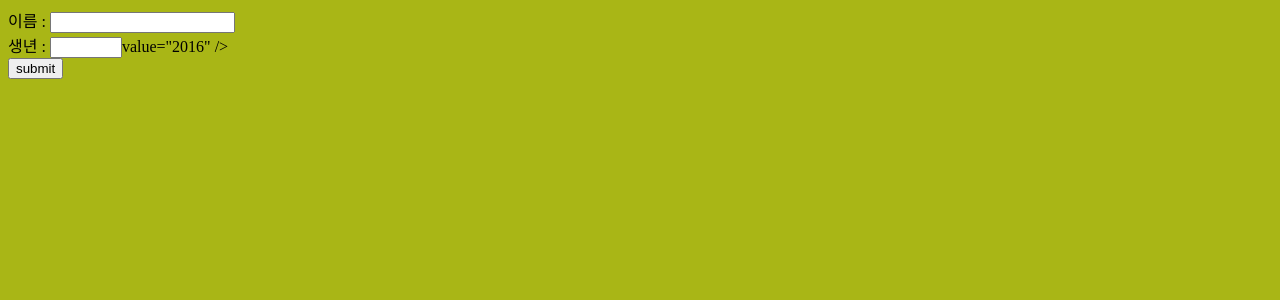
Repository: violetaplum/eclipseJSP
Page: http://localhost/JSP/inputAge.jsp
These files come from the project's save history. The page is drawn as it stood at one moment and after the next save; the edit follows.
The browser window is 1280 px wide. The pictures show the whole page.
The page is served by Tomcat 9. Other server files are loaded and not shown.

Above is the page before, as saved 2019-06-05 08:52:44.

### JSP/WebContent/inputAge.jsp
<%@page import="java.util.*" %>
<%@ page language="java" contentType="text/html; charset=UTF-8" pageEncoding="utf-8"%>

<!DOCTYPE html>
<html>
<head>
<meta http-equiv="content-type" content="text/html; charset=utf-8" />
<style>
body
{
  background: #a9b616;

}

</style>
  </head>
<body>
  <form action="./outputAge.jsp" method="get">
  이름 : <input type="text" name="name" /><br />
  생년 : <input type="number" name="year" <!-- min="1900" max="2099" step="1"  -->value="2016" /><br />
<input type="submit" value="submit">
    </form>
  </body>
</html>

After the next save:
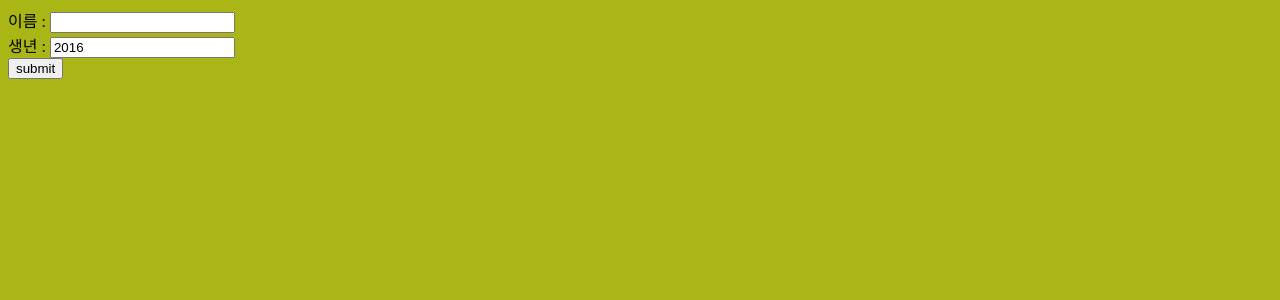
Saved 15 s later.
--- a/JSP/WebContent/inputAge.jsp
+++ b/JSP/WebContent/inputAge.jsp
@@ -17,7 +17,7 @@ body
 <body>
   <form action="./outputAge.jsp" method="get">
   이름 : <input type="text" name="name" /><br />
-  생년 : <input type="number" name="year" <!-- min="1900" max="2099" step="1"  -->value="2016" /><br />
+  생년 : <input type="number" name="year" value="2016" /><br />
 <input type="submit" value="submit">
     </form>
   </body>
